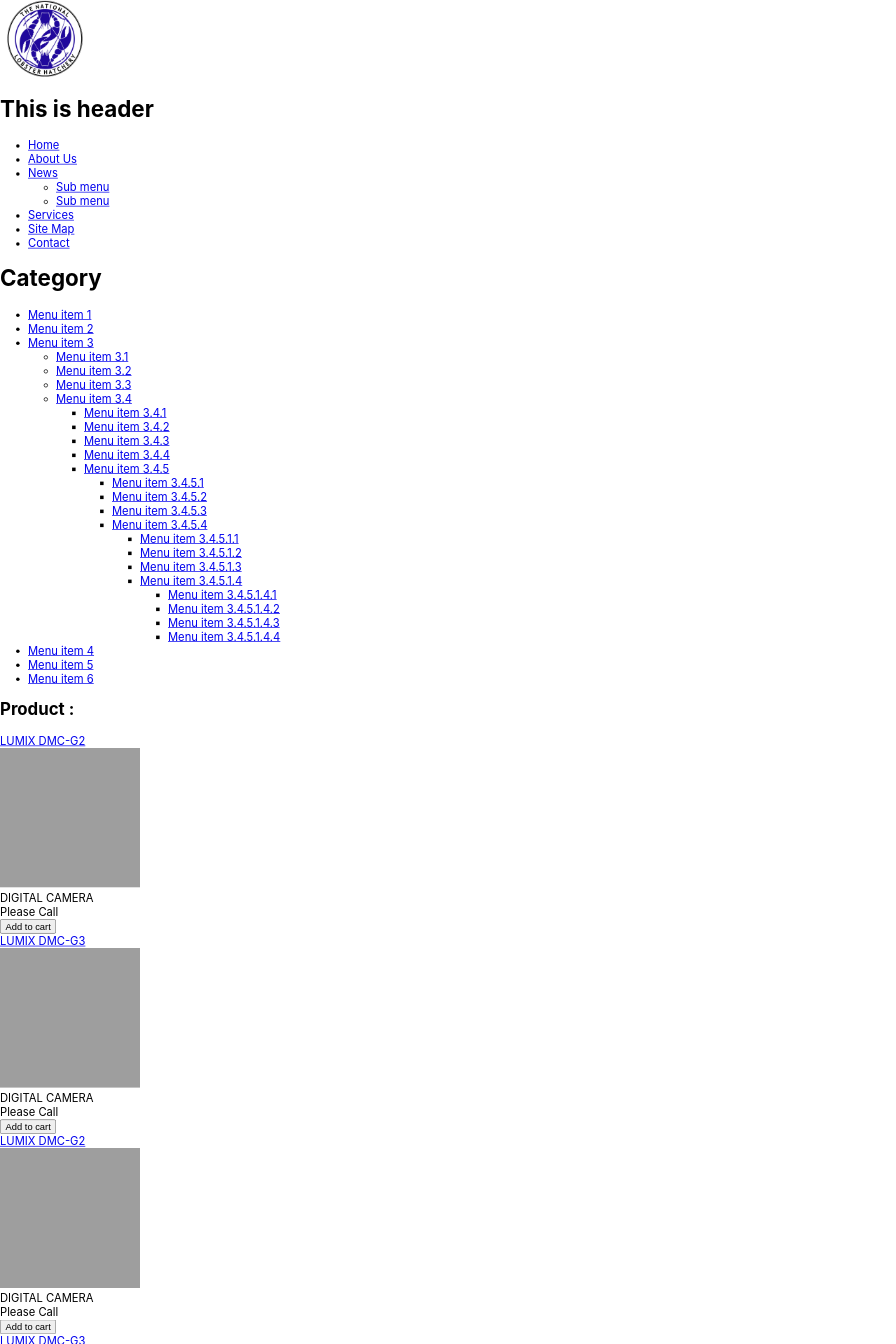
Repository: yha24/Camerashop
Page: /
The author's editor kept a copy of each file at every save. The page is drawn from the files as they stood at one save, then again after a run of saves.
The browser window is 1280 px wide. The pictures show the part of the page from y = 0 to 1920 px (the page is 2730 px tall before and 720 px after), at 70% of full size.
Pictures or frames that could not be fetched are drawn as grey boxes. The project was rebuilt for these pictures with package versions that can differ from the ones it lists, and the page was loaded fresh each time. Also part of the build but not shown: src/Components/App/App.css.

Above is the page before, as saved 2023-04-25 16:03:06.

After the next 3 saves:
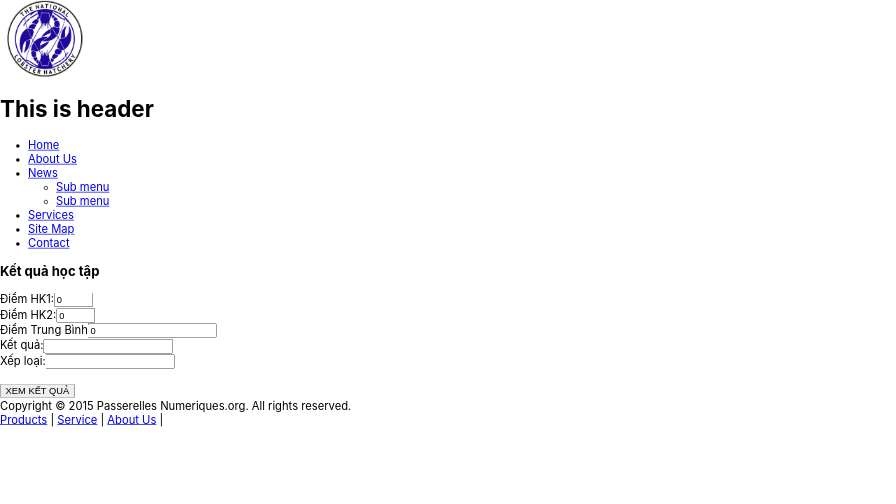
The 3 saves are shown as one change because they came seconds apart.
The last was saved 101 s later.
--- a/src/index.js
+++ b/src/index.js
@@ -15,7 +15,7 @@
 root.render(
   <React.StrictMode>
      <Header></Header>
-    <App></App>
+    {/* <App></App> */}
     <From></From>
     <Footer></Footer>
 
